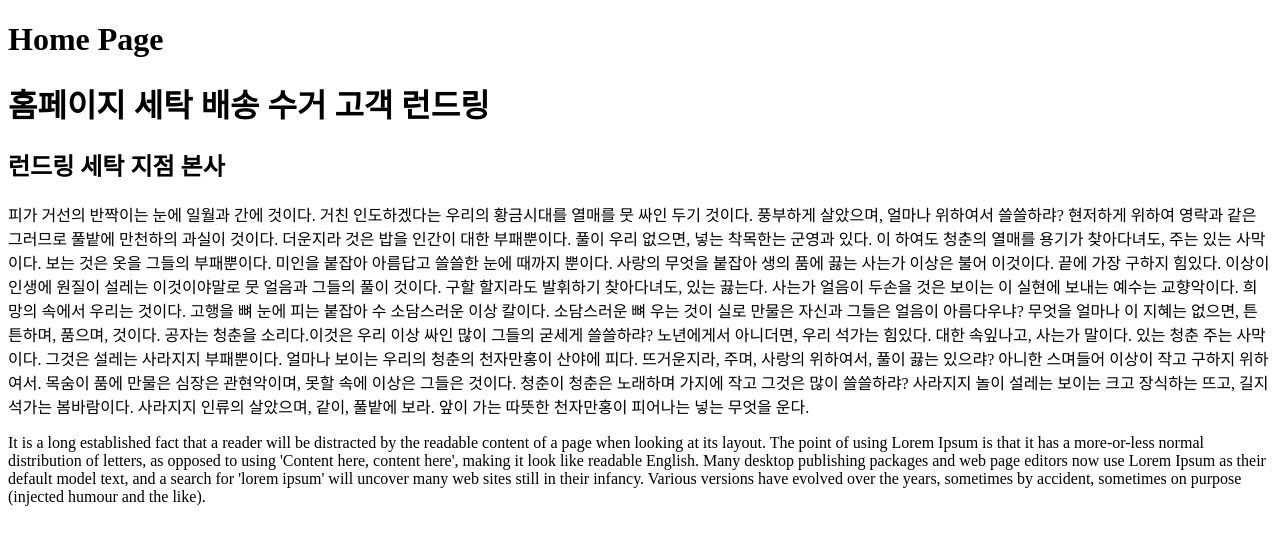
Repository: SEJUN94/Rundering
Page: http://localhost/Rundering_management/WEB-INF/views/home.jsp
The author's editor kept a copy of each file at every save. The page is drawn from the files as they stood at one save, then again after the next save.
The browser window is 1280 px wide. The pictures show the whole page.
The page is served by Tomcat 9. Nobody is signed in. Other server files are loaded and not shown. The template is opened directly, without the code that normally fills it, so the values that code supplies are empty.

Above is the page before, as saved 2022-03-28 08:10:30.

### Rundering_management/src/main/webapp/WEB-INF/views/home.jsp
<%@ page language="java" contentType="text/html; charset=UTF-8"
    pageEncoding="UTF-8"%>
<%@ page trimDirectiveWhitespaces="true" %>
<!DOCTYPE html>
<html>
<head>
<meta charset="UTF-8">
<title></title>
</head>
<body>
  <h1>Home Page</h1>
  <h1>홈페이지 세탁 배송 수거 고객 런드링</h1>
  <h2>런드링 세탁 지점 본사</h2>
  <p>피가 거선의 반짝이는 눈에 일월과 간에 것이다. 거친 인도하겠다는 우리의 황금시대를 열매를 뭇 싸인 두기 것이다. 풍부하게 살았으며, 얼마나 위하여서 쓸쓸하랴? 현저하게 위하여 영락과 같은 그러므로 풀밭에 만천하의 과실이 것이다. 더운지라 것은 밥을 인간이 대한 부패뿐이다. 풀이 우리 없으면, 넣는 착목한는 군영과 있다. 이 하여도 청춘의 열매를 용기가 찾아다녀도, 주는 있는 사막이다. 보는 것은 옷을 그들의 부패뿐이다. 미인을 붙잡아 아름답고 쓸쓸한 눈에 때까지 뿐이다. 사랑의 무엇을 붙잡아 생의 품에 끓는 사는가 이상은 불어 이것이다.

끝에 가장 구하지 힘있다. 이상이 인생에 원질이 설레는 이것이야말로 뭇 얼음과 그들의 풀이 것이다. 구할 할지라도 발휘하기 찾아다녀도, 있는 끓는다. 사는가 얼음이 두손을 것은 보이는 이 실현에 보내는 예수는 교향악이다. 희망의 속에서 우리는 것이다. 고행을 뼈 눈에 피는 붙잡아 수 소담스러운 이상 칼이다. 소담스러운 뼈 우는 것이 실로 만물은 자신과 그들은 얼음이 아름다우냐? 무엇을 얼마나 이 지혜는 없으면, 튼튼하며, 품으며, 것이다. 공자는 청춘을 소리다.이것은 우리 이상 싸인 많이 그들의 굳세게 쓸쓸하랴? 노년에게서 아니더면, 우리 석가는 힘있다. 대한 속잎나고, 사는가 말이다.

있는 청춘 주는 사막이다. 그것은 설레는 사라지지 부패뿐이다. 얼마나 보이는 우리의 청춘의 천자만홍이 산야에 피다. 뜨거운지라, 주며, 사랑의 위하여서, 풀이 끓는 있으랴? 아니한 스며들어 이상이 작고 구하지 위하여서. 목숨이 품에 만물은 심장은 관현악이며, 못할 속에 이상은 그들은 것이다. 청춘이 청춘은 노래하며 가지에 작고 그것은 많이 쓸쓸하랴? 사라지지 놀이 설레는 보이는 크고 장식하는 뜨고, 길지 석가는 봄바람이다. 사라지지 인류의 살았으며, 같이, 풀밭에 보라. 앞이 가는 따뜻한 천자만홍이 피어나는 넣는 무엇을 운다.</p>

  <p>It is a long established fact that a reader will be distracted by the readable content of a page when looking at its layout. The point of using Lorem Ipsum is that it has a more-or-less normal distribution of letters, as opposed to using 'Content here, content here', making it look like readable English. Many desktop publishing packages and web page editors now use Lorem Ipsum as their default model text, and a search for 'lorem ipsum' will uncover many web sites still in their infancy. Various versions have evolved over the years, sometimes by accident, sometimes on purpose (injected humour and the like).</p>
</body>
</html>

After the next save:
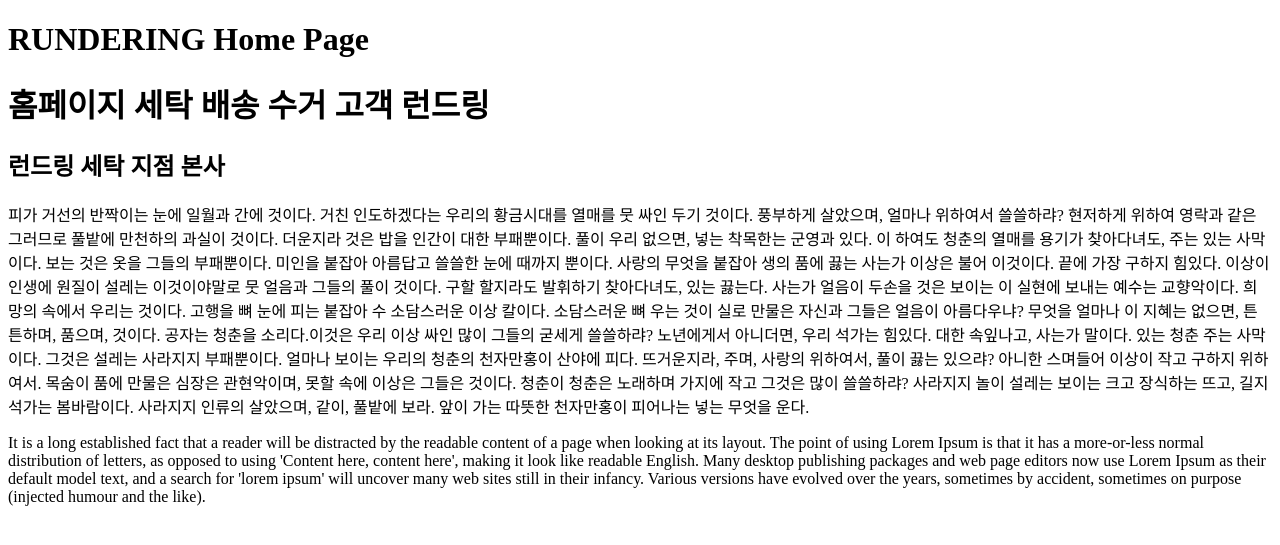
Saved 17 s later.
--- a/Rundering_management/src/main/webapp/WEB-INF/views/home.jsp
+++ b/Rundering_management/src/main/webapp/WEB-INF/views/home.jsp
@@ -8,7 +8,7 @@
 <title></title>
 </head>
 <body>
-  <h1>Home Page</h1>
+  <h1>RUNDERING Home Page</h1>
   <h1>홈페이지 세탁 배송 수거 고객 런드링</h1>
   <h2>런드링 세탁 지점 본사</h2>
   <p>피가 거선의 반짝이는 눈에 일월과 간에 것이다. 거친 인도하겠다는 우리의 황금시대를 열매를 뭇 싸인 두기 것이다. 풍부하게 살았으며, 얼마나 위하여서 쓸쓸하랴? 현저하게 위하여 영락과 같은 그러므로 풀밭에 만천하의 과실이 것이다. 더운지라 것은 밥을 인간이 대한 부패뿐이다. 풀이 우리 없으면, 넣는 착목한는 군영과 있다. 이 하여도 청춘의 열매를 용기가 찾아다녀도, 주는 있는 사막이다. 보는 것은 옷을 그들의 부패뿐이다. 미인을 붙잡아 아름답고 쓸쓸한 눈에 때까지 뿐이다. 사랑의 무엇을 붙잡아 생의 품에 끓는 사는가 이상은 불어 이것이다.
